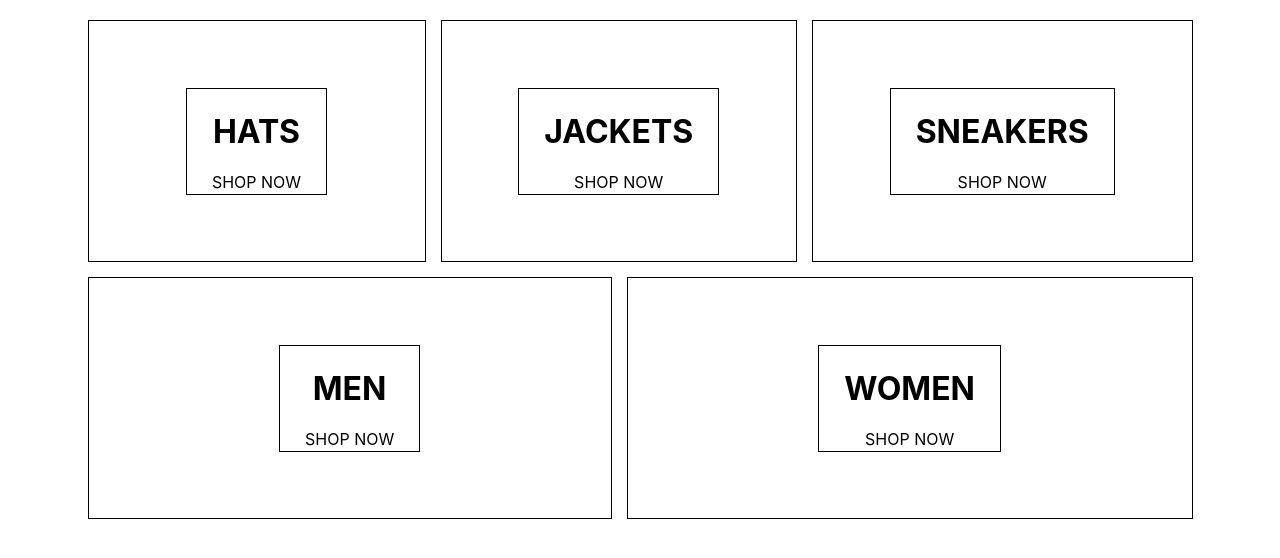
Repository: nepfri/crwn-clothing
Page: /
These files come from the project's save history. The page is drawn as it stood at one moment and after the next save; the edit follows.
The browser window is 1280 px wide. The pictures show the whole page.
The project was rebuilt for these pictures with package versions that can differ from the ones it lists, and the page was loaded fresh each time. Also part of the build but not shown: src/App.css.

Above is the page before, as saved 2021-10-13 14:05:11.

After the next save:
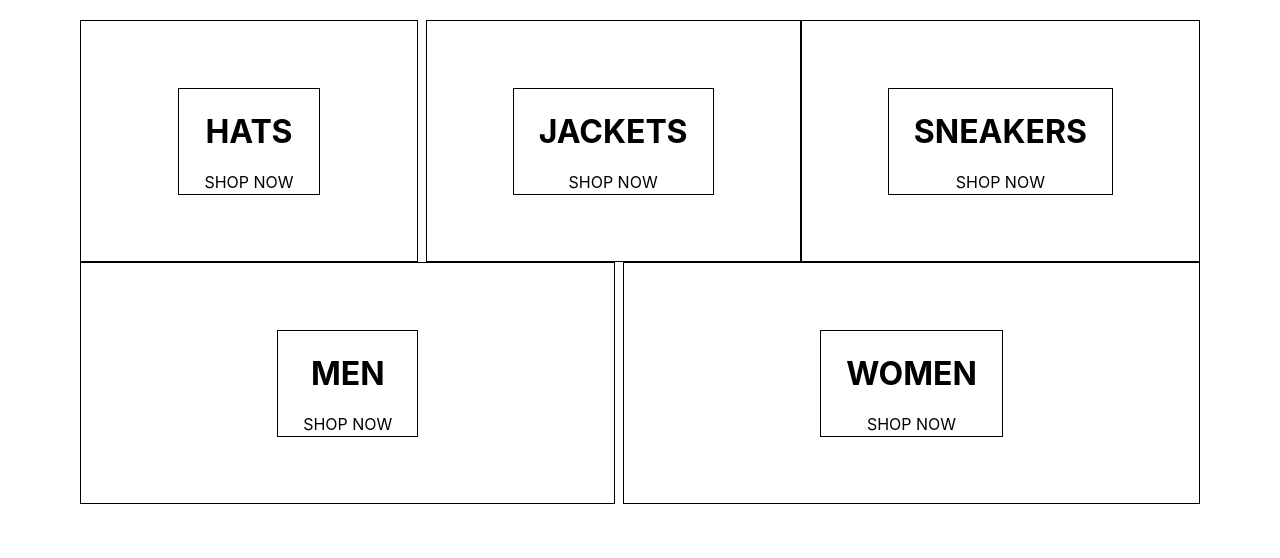
Saved 114 s later.
--- a/src/homepage.styles.scss
+++ b/src/homepage.styles.scss
@@ -20,7 +20,7 @@
   align-items: center;
   justify-content: center;
   border: 1px solid black;
-  margin: 0 7.5px 15px;
+  margin: 10 7.5px 15px;
 
   &:first-child {
     margin-right: 7.5px;

After the save that followed:
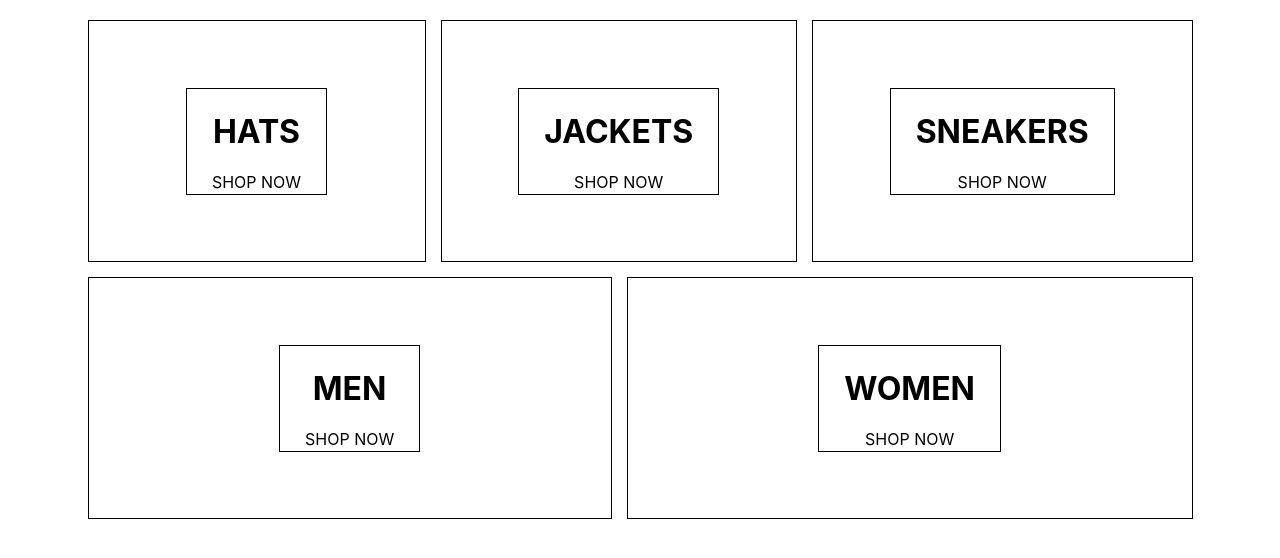
Saved 7 s later.
--- a/src/homepage.styles.scss
+++ b/src/homepage.styles.scss
@@ -20,7 +20,7 @@
   align-items: center;
   justify-content: center;
   border: 1px solid black;
-  margin: 10 7.5px 15px;
+  margin: 0 7.5px 15px;
 
   &:first-child {
     margin-right: 7.5px;
